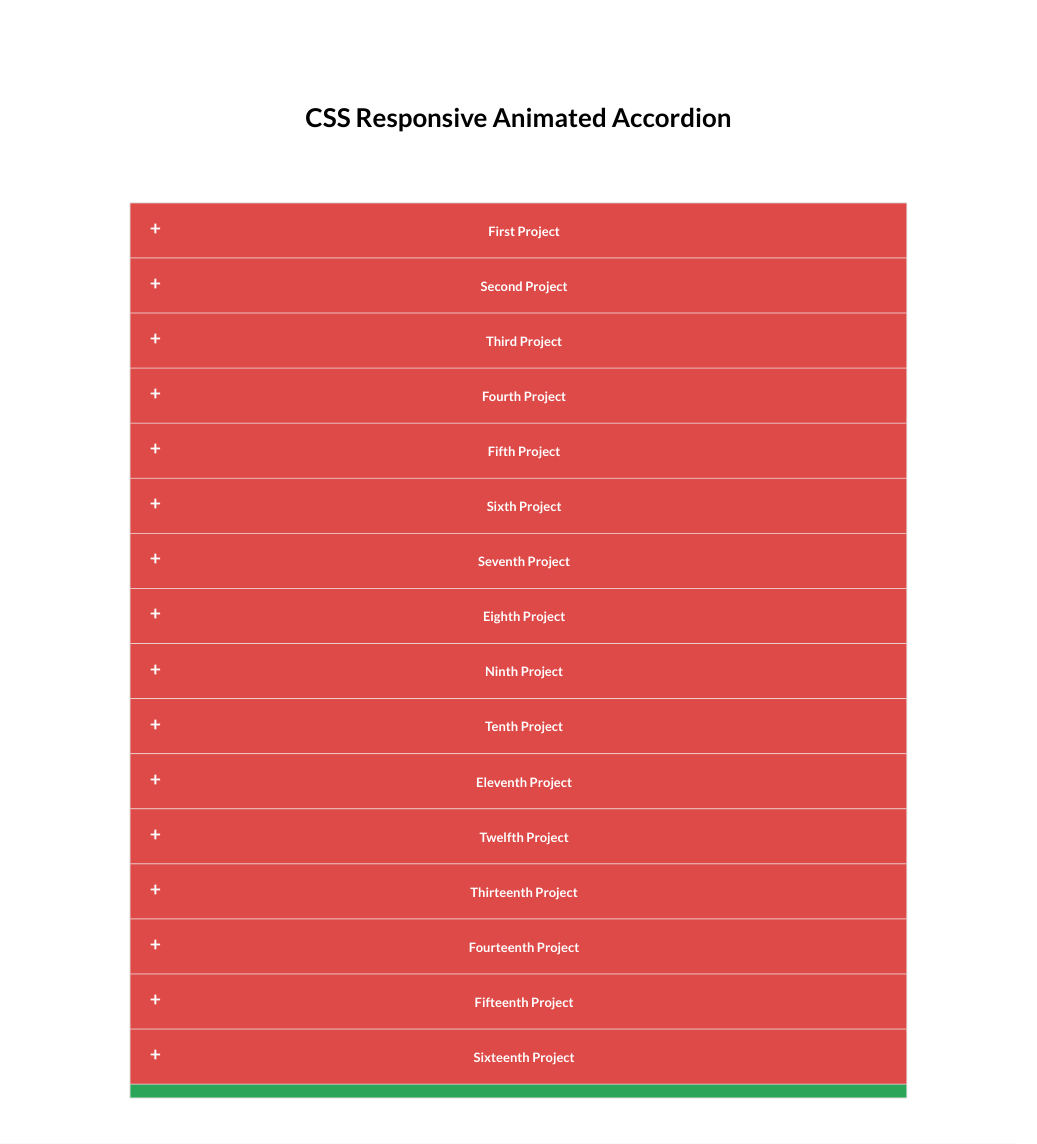
Repository: Imprasna/personalperform
Page: index.html
The author's editor kept a copy of each file at every save. The page is drawn from the files as they stood at one save, then again after the next save.
The browser window is 1280 px wide. The pictures show the whole page, at 81% of full size.
The style sheet was rebuilt from its Sass, Less or Tailwind sources for each picture, by a compiler version that may differ from the author's.

Above is the page before, as saved 2021-12-30 22:39:19.

### index.html
<!DOCTYPE html>
<html lang="en">

<head>
    <meta charset="UTF-8">
    <meta http-equiv="X-UA-Compatible" content="IE=edge">
    <meta name="viewport" content="width=device-width, initial-scale=1.0">
    <link rel="stylesheet" href="css/accordion.css">
    <title>Prasanna's Performance Tests</title>
</head>

<body>
    <div class="container">
        <h1 class="heading-primary">CSS Responsive Animated Accordion</h1>
        <div class="accordion">
            <dl>
                <dt>
                    <a href="#accordion1" aria-expanded="false" aria-controls="accordion1"
                        class="accordion-title accordionTitle js-accordionTrigger">First Project</a>
                </dt>
                <dd class="accordion-content accordionItem is-collapsed" id="accordion1" aria-hidden="true">
                    <p>Project Name : Gedee Public School.</p>
                    <p>No. of Days: 6 Months.</p>
                    <p>ToolS Used: HTML / CSS / JavaScript.</p>
                    <p>The time I joined the Company, this has been the first project that has been handed to me. Since I had no touch to whatever I learnt previously. It took me nearly 6 months and also due to the delay of contents from the client it took me so long in getting this project completed.
                    </p>
                </dd>
                <dt>
                    <a href="#accordion2" aria-expanded="false" aria-controls="accordion2"
                        class="accordion-title accordionTitle js-accordionTrigger">
                        Second Project</a>
                </dt>
                <dd class="accordion-content accordionItem is-collapsed" id="accordion2" aria-hidden="true">
                    <p>Project Name : Signatures.</p>
                    <p>No. of Days: 18 Days.</p>
                    <p>ToolS Used: Webflow.</p>
                    <p>The time I joined the Company, this has been the first project that has been handed to me. Since I had no touch to whatever I learnt previously. It took me nearly 6 months and also due to the delay of contents from the client it took me so long in getting this project completed.
                    </p>
                </dd>

                <dt>
                    <a href="#accordion3" aria-expanded="false" aria-controls="accordion3"
                        class="accordion-title accordionTitle js-accordionTrigger">
                        Third Project
                    </a>
                </dt>
                <dd class="accordion-content accordionItem is-collapsed" id="accordion3" aria-hidden="true">
                    <p>Project Name : CMK.</p>
                    <p>No. of Days: 18 Days.</p>
                    <p>ToolS Used: Webflow.</p>
                    <p>The time I joined the Company, this has been the first project that has been handed to me. Since I had no touch to whatever I learnt previously. It took me nearly 6 months and also due to the delay of contents from the client it took me so long in getting this project completed.
                    </p>
                </dd>

                <dt>
                    <a href="#accordion3" aria-expanded="false" aria-controls="accordion3"
                        class="accordion-title accordionTitle js-accordionTrigger">
                        Fourth Project
                    </a>
                </dt>
                <dd class="accordion-content accordionItem is-collapsed" id="accordion3" aria-hidden="true">
                    <p>Project Name : Triniva.</p>
                    <p>No. of Days: 18 Days.</p>
                    <p>ToolS Used: Webflow.</p>
                    <p>The time I joined the Company, this has been the first project that has been handed to me. Since I had no touch to whatever I learnt previously. It took me nearly 6 months and also due to the delay of contents from the client it took me so long in getting this project completed.
                    </p>
                </dd>

                <dt>
                    <a href="#accordion3" aria-expanded="false" aria-controls="accordion3"
                        class="accordion-title accordionTitle js-accordionTrigger">
                        Fifth Project
                    </a>
                </dt>
                <dd class="accordion-content accordionItem is-collapsed" id="accordion3" aria-hidden="true">
                    <p>Project Name : CACPL - Landing.</p>
                    <p>No. of Days: 18 Days.</p>
                    <p>ToolS Used: Webflow.</p>
                    <p>The time I joined the Company, this has been the first project that has been handed to me. Since I had no touch to whatever I learnt previously. It took me nearly 6 months and also due to the delay of contents from the client it took me so long in getting this project completed.
                    </p>
                </dd>

                <dt>
                    <a href="#accordion3" aria-expanded="false" aria-controls="accordion3"
                        class="accordion-title accordionTitle js-accordionTrigger">
                        Sixth Project
                    </a>
                </dt>
                <dd class="accordion-content accordionItem is-collapsed" id="accordion3" aria-hidden="true">
                    <p>Project Name : CACPL.</p>
                    <p>No. of Days: 18 Days.</p>
                    <p>ToolS Used: Webflow.</p>
                    <p>The time I joined the Company, this has been the first project that has been handed to me. Since I had no touch to whatever I learnt previously. It took me nearly 6 months and also due to the delay of contents from the client it took me so long in getting this project completed.
                    </p>
                </dd>

                <dt>
                    <a href="#accordion3" aria-expanded="false" aria-controls="accordion3"
                        class="accordion-title accordionTitle js-accordionTrigger">
                        Seventh Project
                    </a>
                </dt>
                <dd class="accordion-content accordionItem is-collapsed" id="accordion3" aria-hidden="true">
                    <p>Project Name : Consolidated One.</p>
                    <p>No. of Days: 18 Days.</p>
                    <p>ToolS Used: Webflow.</p>
                    <p>The time I joined the Company, this has been the first project that has been handed to me. Since I had no touch to whatever I learnt previously. It took me nearly 6 months and also due to the delay of contents from the client it took me so long in getting this project completed.
                    </p>
                </dd>

                <dt>
                    <a href="#accordion3" aria-expanded="false" aria-controls="accordion3"
                        class="accordion-title accordionTitle js-accordionTrigger">
                        Eighth Project
                    </a>
                </dt>
                <dd class="accordion-content accordionItem is-collapsed" id="accordion3" aria-hidden="true">
                    <p>Project Name : Atlas Pain Care.</p>
                    <p>No. of Days: 18 Days.</p>
                    <p>ToolS Used: Webflow.</p>
                    <p>The time I joined the Company, this has been the first project that has been handed to me. Since I had no touch to whatever I learnt previously. It took me nearly 6 months and also due to the delay of contents from the client it took me so long in getting this project completed.
                    </p>
                </dd>

                <dt>
                    <a href="#accordion3" aria-expanded="false" aria-controls="accordion3"
                        class="accordion-title accordionTitle js-accordionTrigger">
                        Ninth Project
                    </a>
                </dt>
                <dd class="accordion-content accordionItem is-collapsed" id="accordion3" aria-hidden="true">
                    <p>Project Name : LMW MTD.</p>
                    <p>No. of Days: 18 Days.</p>
                    <p>ToolS Used: Webflow.</p>
                    <p>The time I joined the Company, this has been the first project that has been handed to me. Since I had no touch to whatever I learnt previously. It took me nearly 6 months and also due to the delay of contents from the client it took me so long in getting this project completed.
                    </p>
                </dd>

                <dt>
                    <a href="#accordion3" aria-expanded="false" aria-controls="accordion3"
                        class="accordion-title accordionTitle js-accordionTrigger">
                        Tenth Project
                    </a>
                </dt>
                <dd class="accordion-content accordionItem is-collapsed" id="accordion3" aria-hidden="true">
                    <p>Project Name : Lobien.</p>
                    <p>No. of Days: 18 Days.</p>
                    <p>ToolS Used: Webflow.</p>
                    <p>The time I joined the Company, this has been the first project that has been handed to me. Since I had no touch to whatever I learnt previously. It took me nearly 6 months and also due to the delay of contents from the client it took me so long in getting this project completed.
                    </p>
                </dd>

                <dt>
                    <a href="#accordion3" aria-expanded="false" aria-controls="accordion3"
                        class="accordion-title accordionTitle js-accordionTrigger">
                        Eleventh Project
                    </a>
                </dt>
                <dd class="accordion-content accordionItem is-collapsed" id="accordion3" aria-hidden="true">
                    <p>Project Name : AJK Nursing Landing.</p>
                    <p>No. of Days: 18 Days.</p>
                    <p>ToolS Used: Webflow.</p>
                    <p>The time I joined the Company, this has been the first project that has been handed to me. Since I had no touch to whatever I learnt previously. It took me nearly 6 months and also due to the delay of contents from the client it took me so long in getting this project completed.
                    </p>
                </dd>

                <dt>
                    <a href="#accordion3" aria-expanded="false" aria-controls="accordion3"
                        class="accordion-title accordionTitle js-accordionTrigger">
                        Twelfth Project
                    </a>
                </dt>
                <dd class="accordion-content accordionItem is-collapsed" id="accordion3" aria-hidden="true">
                    <p>Project Name : Fenzgard.</p>
                    <p>No. of Days: 18 Days.</p>
                    <p>ToolS Used: Webflow.</p>
                    <p>The time I joined the Company, this has been the first project that has been handed to me. Since I had no touch to whatever I learnt previously. It took me nearly 6 months and also due to the delay of contents from the client it took me so long in getting this project completed.
                    </p>
                </dd>

                <dt>
                    <a href="#accordion3" aria-expanded="false" aria-controls="accordion3"
                        class="accordion-title accordionTitle js-accordionTrigger">
                        Thirteenth Project
                    </a>
                </dt>
                <dd class="accordion-content accordionItem is-collapsed" id="accordion3" aria-hidden="true">
                    <p>Project Name : Ethinic.</p>
                    <p>No. of Days: 18 Days.</p>
                    <p>ToolS Used: Webflow.</p>
                    <p>The time I joined the Company, this has been the first project that has been handed to me. Since I had no touch to whatever I learnt previously. It took me nearly 6 months and also due to the delay of contents from the client it took me so long in getting this project completed.
                    </p>
                </dd>

                <dt>
                    <a href="#accordion3" aria-expanded="false" aria-controls="accordion3"
                        class="accordion-title accordionTitle js-accordionTrigger">
                        Fourteenth Project
                    </a>
                </dt>
                <dd class="accordion-content accordionItem is-collapsed" id="accordion3" aria-hidden="true">
                    <p>Project Name : Bio-enercon.</p>
                    <p>No. of Days: 18 Days.</p>
                    <p>ToolS Used: Webflow.</p>
                    <p>The time I joined the Company, this has been the first project that has been handed to me. Since I had no touch to whatever I learnt previously. It took me nearly 6 months and also due to the delay of contents from the client it took me so long in getting this project completed.
                    </p>
                </dd>

                <dt>
                    <a href="#accordion3" aria-expanded="false" aria-controls="accordion3"
                        class="accordion-title accordionTitle js-accordionTrigger">
                        Fifteenth Project
                    </a>
                </dt>
                <dd class="accordion-content accordionItem is-collapsed" id="accordion3" aria-hidden="true">
                    <p>Project Name : Suguna Groups.</p>
                    <p>No. of Days: 18 Days.</p>
                    <p>ToolS Used: Webflow.</p>
                    <p>The time I joined the Company, this has been the first project that has been handed to me. Since I had no touch to whatever I learnt previously. It took me nearly 6 months and also due to the delay of contents from the client it took me so long in getting this project completed.
                    </p>
                </dd>

                <dt>
                    <a href="#accordion3" aria-expanded="false" aria-controls="accordion3"
                        class="accordion-title accordionTitle js-accordionTrigger">
                        Sixteenth Project
                    </a>
                </dt>
                <dd class="accordion-content accordionItem is-collapsed" id="accordion3" aria-hidden="true">
                    <p>Project Name : Sarvvam.</p>
                    <p>No. of Days: 18 Days.</p>
                    <p>ToolS Used: Webflow.</p>
                    <p>The time I joined the Company, this has been the first project that has been handed to me. Since I had no touch to whatever I learnt previously. It took me nearly 6 months and also due to the delay of contents from the client it took me so long in getting this project completed.
                    </p>
                </dd>

            </dl>
        </div>
    </div>

    <script src="app.js"></script>
</body>

</html>

### app.js
//uses classList, setAttribute, and querySelectorAll
//if you want this to work in IE8/9 youll need to polyfill these
(function(){
	var d = document,
	accordionToggles = d.querySelectorAll('.js-accordionTrigger'),
	setAria,
	setAccordionAria,
	switchAccordion,
  touchSupported = ('ontouchstart' in window),
  pointerSupported = ('pointerdown' in window);

  skipClickDelay = function(e){
    e.preventDefault();
    e.target.click();
  }

		setAriaAttr = function(el, ariaType, newProperty){
		el.setAttribute(ariaType, newProperty);
	};
	setAccordionAria = function(el1, el2, expanded){
		switch(expanded) {
      case "true":
      	setAriaAttr(el1, 'aria-expanded', 'true');
      	setAriaAttr(el2, 'aria-hidden', 'false');
      	break;
      case "false":
      	setAriaAttr(el1, 'aria-expanded', 'false');
      	setAriaAttr(el2, 'aria-hidden', 'true');
      	break;
      default:
				break;
		}
	};
//function
switchAccordion = function(e) {
  console.log("triggered");
	e.preventDefault();
	var thisAnswer = e.target.parentNode.nextElementSibling;
	var thisQuestion = e.target;
	if(thisAnswer.classList.contains('is-collapsed')) {
		setAccordionAria(thisQuestion, thisAnswer, 'true');
	} else {
		setAccordionAria(thisQuestion, thisAnswer, 'false');
	}
  	thisQuestion.classList.toggle('is-collapsed');
  	thisQuestion.classList.toggle('is-expanded');
		thisAnswer.classList.toggle('is-collapsed');
		thisAnswer.classList.toggle('is-expanded');

  	thisAnswer.classList.toggle('animateIn');
	};
	for (var i=0,len=accordionToggles.length; i<len; i++) {
		if(touchSupported) {
      accordionToggles[i].addEventListener('touchstart', skipClickDelay, false);
    }
    if(pointerSupported){
      accordionToggles[i].addEventListener('pointerdown', skipClickDelay, false);
    }
    accordionToggles[i].addEventListener('click', switchAccordion, false);
  }
})();

### accordion.scss

//updated ver
* {
    box-sizing:border-box;
  }
  @import url(https://fonts.googleapis.com/css?family=Lato:400,700);
  body {

    font-family:'Lato';
  }
  .heading-primary {
    font-size:2em;
    padding:2em;
    text-align:center;
  }
  .accordion dl,
  .accordion-list {
     border:1px solid #ddd;
     &:after {
         content: "";
         display:block;
         height:1em;
         width:100%;
         background-color:darken(#38cc70, 10%);
       }
  }
  .accordion dd,
  .accordion__panel {
     background-color:#eee;
     font-size:1em;
     line-height:1.5em;
     height: auto;
  }
  .accordion p {
    padding: .2rem;
  }

  .accordion {
      position:relative;
      background-color:#eee;
  }
  .container {
    max-width:960px;
    margin:0 auto;
    padding:2em 0 2em 0;
  }
  .accordionTitle,
  .accordion__Heading {
   background-color:#DD4A48;
     text-align:center;
       font-weight:700;
            padding:1.5rem;
            display:block;
            text-decoration:none;
            color:#fff;
            transition:background-color 0.5s ease-in-out;
    border-bottom:1px solid darken(#fff, 5%);
    &:before {
     content: "+";
     font-size:1.5em;
     line-height:0.5em;
     float:left;
     transition: transform 0.3s ease-in-out;
    }
    &:hover {
      background-color:darken(#EC255A, 10%);
    }
  }
  .accordionTitleActive,
  .accordionTitle.is-expanded {
     background-color:darken(#4F091D, 10%);
     border-bottom:1px solid darken(#4F091D, 5%);
      &:before {

        transform:rotate(-225deg);
      }
  }
  .accordionItem {
      height:auto;
      overflow:hidden;
      //SHAME: magic number to allow the accordion to animate

       max-height:50em;
      transition:max-height 1s;


      @media screen and (min-width:48em) {
           max-height:20em;
          transition:max-height 0.5s

      }


  }

  .accordionItem.is-collapsed {
      max-height:0;
  }
  .no-js .accordionItem.is-collapsed {
    max-height: auto;
  }
  .animateIn {
       animation: accordionIn 0.45s normal ease-in-out both 1;
  }
  .animateOut {
       animation: accordionOut 0.45s alternate ease-in-out both 1;
  }
  @keyframes accordionIn {
    0% {
      opacity: 0;
      transform:scale(0.9) rotateX(-60deg);
      transform-origin: 50% 0;
    }
    100% {
      opacity:1;
      transform:scale(1);
    }
  }

  @keyframes accordionOut {
      0% {
         opacity: 1;
         transform:scale(1);
       }
       100% {
            opacity:0;
             transform:scale(0.9) rotateX(-60deg);
         }
  }

After the next save:
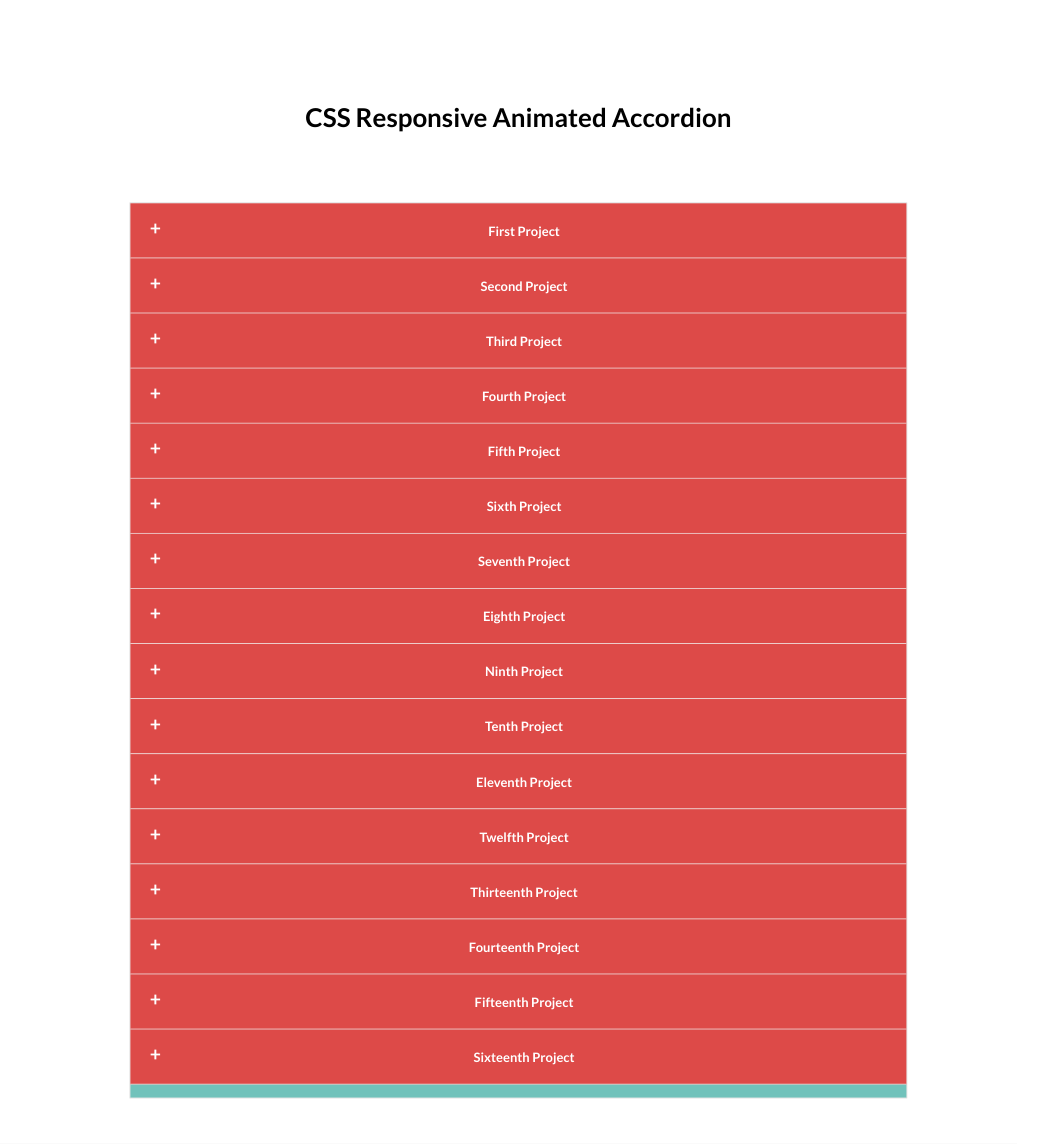
Saved 72 s later.
--- a/accordion.scss
+++ b/accordion.scss
@@ -21,7 +21,7 @@
          display:block;
          height:1em;
          width:100%;
-         background-color:darken(#38cc70, 10%);
+         background-color:darken(#95D1CC, 10%);
        }
   }
   .accordion dd,
